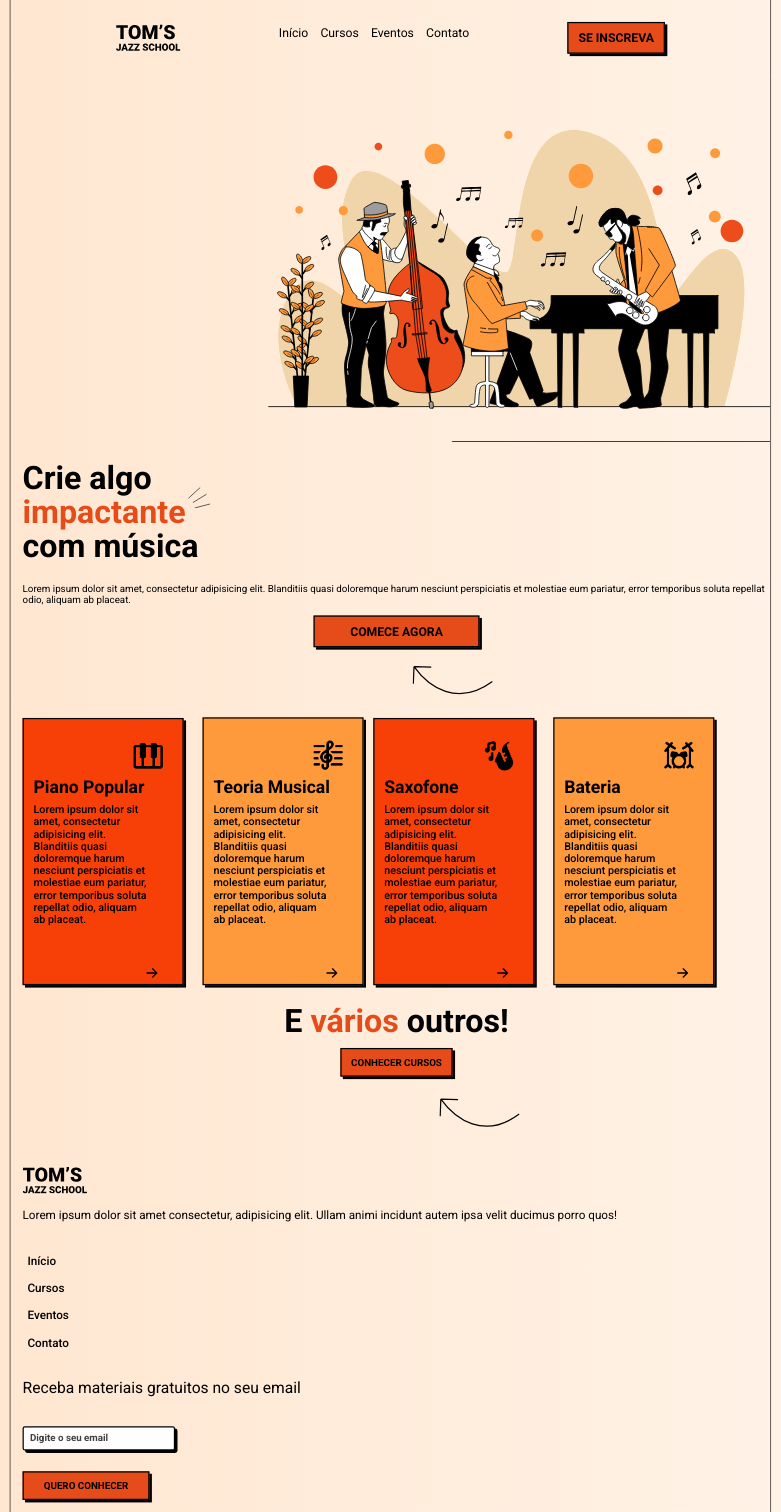
Repository: guilhermecardoso93/obebitecode
Page: index.html
An editor plug-in stored every save of this project. The page is shown before and after the next save, followed by the edit.
The browser window is 1280 px wide. The pictures show the whole page, at 61% of full size.

Above is the page before, as saved 2023-08-16 21:10:33.

### index.html
<!DOCTYPE html>
<html lang="pt-BR">
  <head>
    <meta charset="UTF-8" />
    <meta name="viewport" content="width=device-width, initial-scale=1.0" />
    <link rel="preconnect" href="https://fonts.googleapis.com" />
    <link rel="preconnect" href="https://fonts.gstatic.com" crossorigin />
    <link
      href="https://fonts.googleapis.com/css2?family=Roboto:wght@400;500;700&display=swap"
      rel="stylesheet" />
    <link rel="stylesheet" href="css/style.css" />
    <title>Tom's Jazz School</title>
  </head>
  <body>
    <header>
      <div class="header-menu">
        <img src="./assets/logo.svg" alt="Logo da Tom's Jazz School" />
        <nav>
          <a href="/"><span>Início</span></a>
          <a href="/"><span>Cursos</span></a>
          <a href="/"><span>Eventos</span></a>
          <a href="/"><span>Contato</span></a>
        </nav>
      <a href="/" class="subscribeButton subscribeButton mt-1 mx-auto mb-1">Se Inscreva</a>
    </div>
    </header>

    <main>
      <section class="hero-section">
        <img src="./assets/hero-img.svg" alt="Banda de Jazz Tocando" />
        <div>
          <h1 class="mt-2">
            Crie algo <span class="text-primary decoration">impactante</span> com música
          </h1>
          <p class="mt-2 mb-2"></p>
            Lorem ipsum dolor sit amet, consectetur adipisicing elit. Blanditiis
            quasi doloremque harum nesciunt perspiciatis et molestiae eum
            pariatur, error temporibus soluta repellat odio, aliquam ab placeat.
          </p>
          <a href="/" class="subscribeButton mt-1 mx-auto">Comece Agora</a>
        </div>
      </section>
      <section class="hero-section">
        <div class="cards">
          <article class="card">
            <img src="./assets/piano.png" alt="ícone de tecla de piano" />
            <h3>Piano Popular</h3>
            <p>
              Lorem ipsum dolor sit amet, consectetur adipisicing elit.
              Blanditiis quasi doloremque harum nesciunt perspiciatis et
              molestiae eum pariatur, error temporibus soluta repellat odio,
              aliquam ab placeat.
            </p>
            <a href="#">
              <img
                src="./assets/arrow-right.svg"
                alt="svg de seta para direita" />
            </a>
          </article>
          <article class="card">
            <img src="./assets/clef.png" alt="Icone de clave de sol" />
            <h3>Teoria Musical</h3>
            <p>
              Lorem ipsum dolor sit amet, consectetur adipisicing elit.
              Blanditiis quasi doloremque harum nesciunt perspiciatis et
              molestiae eum pariatur, error temporibus soluta repellat odio,
              aliquam ab placeat.
            </p>
            <a href="#">
              <img
                src="./assets/arrow-right.svg"
                alt="svg de seta para direita" />
            </a>
          </article>
          <article class="card">
            <img src="./assets/sax.png" alt="Icone de saxofone" />
            <h3>Saxofone</h3>
            <p>
              Lorem ipsum dolor sit amet, consectetur adipisicing elit.
              Blanditiis quasi doloremque harum nesciunt perspiciatis et
              molestiae eum pariatur, error temporibus soluta repellat odio,
              aliquam ab placeat.
            </p>
            <a href="#">
              <img
                src="./assets/arrow-right.svg"
                alt="svg de seta para direita" />
            </a>
          </article>
          <article class="card">
            <img src="./assets/drums.png" alt="Ícone de bateria" />
            <h3>Bateria</h3>
            <p>
              Lorem ipsum dolor sit amet, consectetur adipisicing elit.
              Blanditiis quasi doloremque harum nesciunt perspiciatis et
              molestiae eum pariatur, error temporibus soluta repellat odio,
              aliquam ab placeat.
            </p>
            <a href="#">
              <img
                src="./assets/arrow-right.svg"
                alt="svg de seta para direita" />
            </a>
          </article>
        </div>
        <div class="rodape-article">
          <h1 class=> E <span>vários</span> outros!</h1>
          <a href="/" class="subscribeButton btn-courses">conhecer cursos</a>
        </div>
      </section>
    </main>
    <footer id="contato">
      <div>
        <img src="./assets/logo.svg" alt="Banda de Jazz Tocando" class="mt-1"/>
        <p>Lorem ipsum dolor sit amet consectetur, adipisicing elit. Ullam animi incidunt autem ipsa velit ducimus porro quos!</p>
      </div>
        <nav class="footer-menu">
            <a href="#inicio"><span>Início</span></a>
            <a href="#cursos"><span>Cursos</span></a>
            <a href="#eventos"><span>Eventos</span></a>
            <a href="#contato"><span>Contato</span></a>
          </nav>
            <label for="email" class="mb-1">Receba materiais gratuitos no seu email</label>
            <input type="email" placeholder="Digite o seu email">
            <a href="/" class="subscribeButton btn-footer">quero conhecer</a>
    </footer>
  </body>
</html>

### css/style.css
@import url("./basics.css");
@import url("./header.css");
@import url("./main.css");
@import url("./footer.css");
@import url("./responsivo.css");

### css/basics.css
* {
  margin: 0;
  padding: 0;
  box-sizing: border-box;
  font-family: "Roboto", sans-serif;
}

:root {
  --color-primary: #ed4d1b;
  --color-secondary: #ff9a3c;
  --color-black: #000;
  --color-white: #fff;
}

body {
  background: linear-gradient(90deg, #ffe7d1 0%, #fff2e6 100%);
  padding: 0 1rem;
}

body,
html {
  overflow-x: hidden !important;
}

a {
  text-decoration: none;
  cursor: pointer;
}

.mt-1 {
  margin-top: 1rem;
}

.mt-2 {
  margin-top: 2rem;
}

.mb-1 {
  margin-bottom: 1rem;
}

.mb-2 {
  margin-bottom: 2rem;
}

.mx-auto {
  margin-left: auto;
  margin-right: auto;
}

.text-primary {
  color: var(--color-primary);
}

.text-center {
  text-align: center;
}

header,
.hero-section,
.courses-section,
footer {
  border-color: --color-black;
  border-style: solid;
  border-width: 0 1px;
  padding: 20px;
}

.subscribeButton {
  border: 2px solid #000;
  box-shadow: 4px 4px 0 #000;
  font-weight: 600;
  display: block;
  background: #e64b1a;
  text-transform: uppercase;
  font-size: 1.25rem;
  padding: 0.75rem 1rem;
  max-width: 17rem;
  position: relative;
  color: var(--color-black);
  text-align: center;
}

.subscribeButton:hover {
  border: 2px solid #e64b1a;
  box-shadow: 4px 4px 0 #e64b1a;
  font-weight: 600;
  display: block;
  color: #e64b1a;
  text-transform: uppercase;
  font-size: 1.25rem;
  padding: 0.75rem 1rem;
  max-width: 17rem;
  position: relative;
  background: var(--color-black);
  text-align: center;
}

span {
  margin: 0;
}

### css/header.css
header img {
  display: block;
  margin: 1rem auto;
}

header nav {
  display: grid;
  grid-template-columns: 1fr 1fr;
  margin-bottom: 1rem;
}

nav a {
  color: var(--color-black);
  font-size: 1.25rem;
  padding: 0.5rem;
  text-decoration: none;
  text-weight: bold;
}

nav a span:hover {
  border-bottom: 3px solid #000;
}

header nav a:nth-child(2n-1) {
  text-align: right;
}

### css/main.css
.hero-section {
  padding-right: 0;
  padding-bottom: 5rem;
}

.hero-section img {
  display: block;
  margin: 1.25rem 0 0 auto;
  max-width: 100%;
}

h1 {
  font-size: 3.3rem;
  line-height: 105%;
  font-weight: 700;
}

h2 {
  font-size: 2.5rem;
}

.hero-section p {
  font-size: 1.25rem;
  padding-right: 1.25rem;
}

.hero-section .subscribeButton {
  position: relative;
}

.hero-section .subscribeButton::after {
  content: "";
  background: url("../assets/arrow-curve.svg") no-repeat;
  display: block;
  content: "";
  width: 100%;
  height: 50px;
  position: absolute;
  top: 5rem;
  left: 10rem;
}

.decoration {
  display: block;
  color: #e64b1a;
  position: relative;
}

.decoration::after {
  content: "";
  background: url("../assets/three-dashes.svg");
  position: absolute;
  top: -1rem;
  height: 36px;
  width: 40px;
}

.courses-section {
  display: grid;
  justify-content: center;
  gap: 20px;
  margin-top: -5rem;
  border-top: none;
}

.card {
  background: #f73f08;
  display: grid;
  justify-content: center;
  align-items: center;
  padding: 1rem 2rem 0 1rem;
  max-width: 16.5rem;
  gap: 10px;
  box-shadow: 4px 4px 0 #000;
  border: 2px solid #000;
}

.card h3 {
  font-size: 1.8rem;
  font-weight: 600;
}

.card p {
  font-size: 1.1rem;
  font-weight: 500;
  margin-bottom: 30px;
}

.card a {
  margin-left: 11rem;
}

.card:nth-child(2n) {
  margin-left: 0.935rem;
  background: #ff9a3c;
}

.rodape-article {
  display: flex;
  flex-direction: column;
  align-items: center;
  gap: 15px;
  font-weight: 900;
  font-size: 2.5rem;
  margin: 2rem 0;
}

.rodape-article span {
  color: #e64b1a;
}

.btn-courses {
  max-width: 13rem;
  font-size: 1rem;
}

.btn-courses:hover {
  max-width: 13rem;
  font-size: 1rem;
}

### css/footer.css
footer {
  display: grid;
  gap: 10px;
}
footer h1 {
  font-size: 1.5rem;
  text-transform: uppercase;
  font-weight: 900;
}

footer span {
  font-size: 3rem;
}

footer p {
  margin-top: 20px;
  font-size: 1.2rem;
}

.footer-menu {
  display: flex;
  flex-direction: column;
  gap: 5px;
  margin: 2rem 0;
}

.footer-menu a span {
  font-size: 1.2rem;
  font-weight: 500;
}

.footer-menu a span:hover {
  border-bottom: 3px solid #000;
}

footer label {
  font-size: 1.6rem;
  line-height: 1;
}
footer input {
  border-radius: 4px;
  padding: 0 10px;
  margin: 1.5rem 0;
  width: 250px;
  height: 40px;
  border: 2px solid #000;
  box-shadow: 4px 4px 0 #000;
}
footer input::placeholder {
  color: #414040;
  font-size: 1rem;
  font-weight: 900;
}

.btn-footer {
  font-size: 1rem;
  max-width: 13rem;
}

.btn-footer:hover {
  font-size: 1rem;
  max-width: 13rem;
}

### css/responsivo.css
@media screen and (min-width: 40rem) {
  header nav {
    display: block;
    text-align: center;
  }

  .cards {
    display: flex;
    flex: 1;
    flex-wrap: wrap;
  }

  .card:nth-child(2n) {
    margin-top: 0.935rem;
    margin-right: 1rem;
  }

  .card:nth-child(2n-1) {
    margin-top: 1rem;
    margin-right: 1rem;
  }
}

@media screen and (min-width: 48rem) {
  header div {
    display: flex;
    align-items: center;
    justify-content: space-between;
  }

  header img, header nav, haeder a {
    margin: o;
  }
}

After the next save:
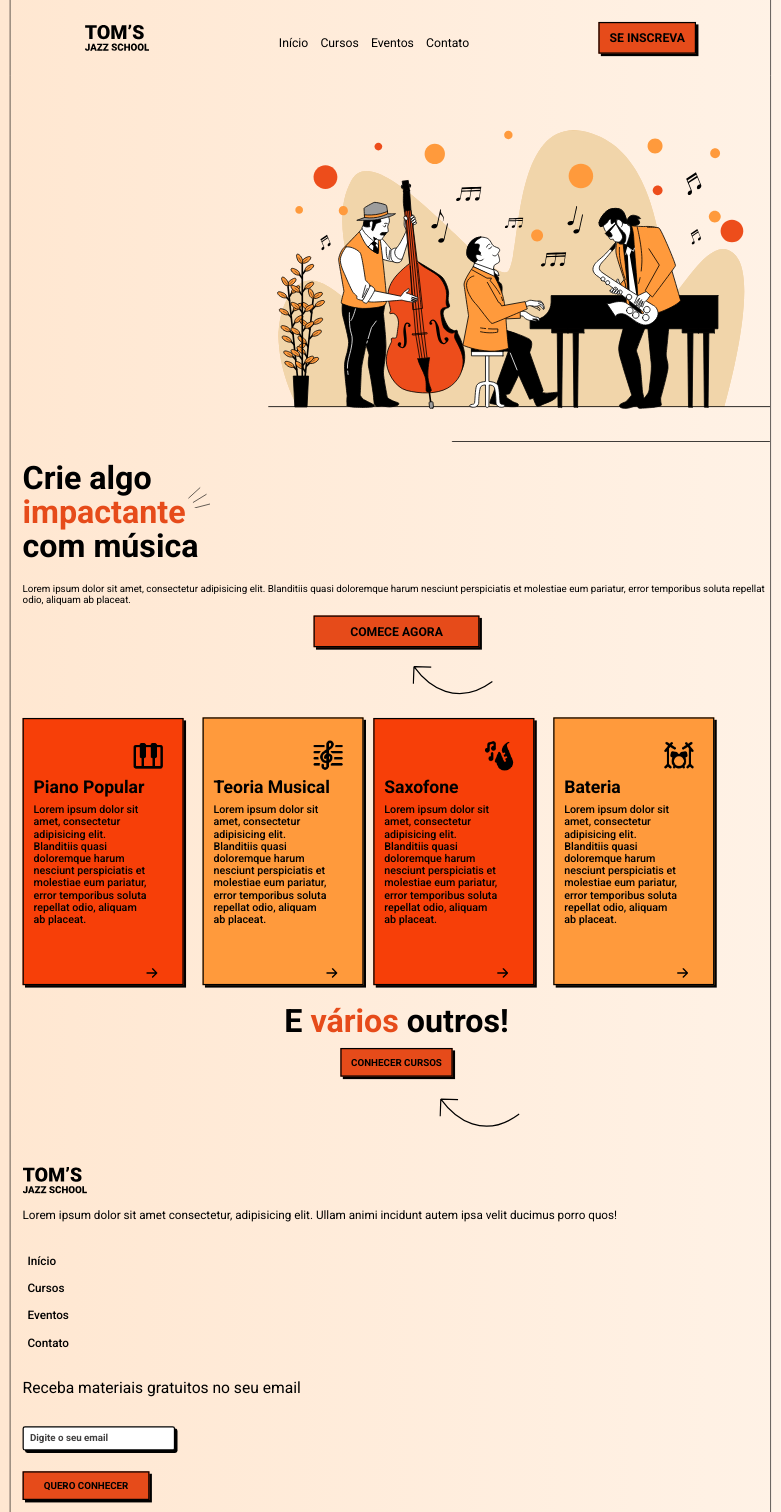
Saved 30 s later.
--- a/css/header.css
+++ b/css/header.css
@@ -7,6 +7,7 @@ header nav {
   display: grid;
   grid-template-columns: 1fr 1fr;
   margin-bottom: 1rem;
+  margin: 1rem auto 0;
 }
 
 nav a {
